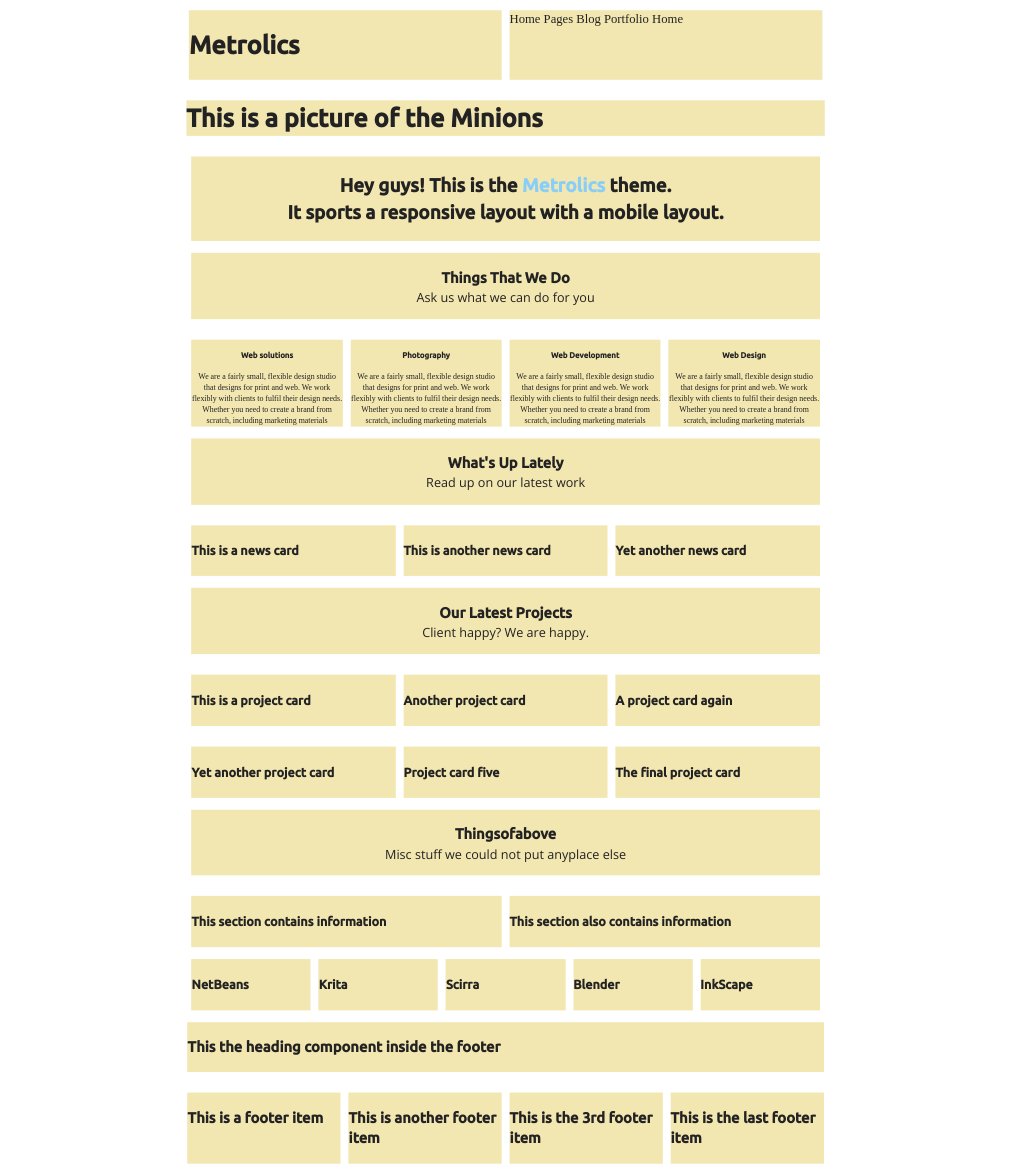
Repository: kennyharman/Marlowe_Kenny_Lab_02B
Page: index.html
An editor plug-in stored every save of this project. The page is shown before and after the next save, followed by the edit.
The browser window is 1280 px wide. The pictures show the whole page, at 79% of full size.

Above is the page before, as saved 2024-02-05 15:04:03.

### index.html
<!doctype html>
<html class="no-js" lang="EN">

<head>
  <meta charset="utf-8">
  <meta name="viewport" content="width=device-width, initial-scale=1">
  <title></title>
  <link rel="stylesheet" href="css/style.css">
  <link href="https://fonts.googleapis.com/css2?family=Open+Sans:ital,wght@0,400;0,700;1,400&family=Ubuntu:ital,wght@0,300;0,500;1,300&display=swap" rel="stylesheet">
  <meta name="description" content="">

  <meta property="og:title" content="Metrolics page">
  <meta property="og:type" content="website">
  <meta property="og:url" content="http://localhost:8888/metrolics/">

  <link rel="icon" href="/favicon.ico" sizes="any">
  <link rel="icon" href="/icon.svg" type="image/svg+xml">
  <link rel="apple-touch-icon" href="icon.png">

  <link rel="manifest" href="site.webmanifest">
  <meta name="theme-color" content="#fafafa">
</head>

<body class="page">
  <script src="js/app.js"></script>

<header class="page__header">
  <div class="row m-col-2 l-col-2 menu">
    <div class="col header__menu-logo">
      <h1>Metrolics</h1>
    </div>
    <div class="col header__menu-nav">
      Home
      Pages
      Blog
      Portfolio
      Home
    </div>
</header>

<main>
  <div class="page__banner">
    <div class="col banner-header">
      <h1>This is a picture of the Minions</h1>
    </div>
  </div>
  <div class="page__section">
    <div class="row header">
      <div class="col header-text">
        <h2>Hey guys! This is the <span class="text__color-change">Metrolics</span> theme.<br/>It sports a responsive layout with a mobile layout.</h2>
      </div>
    </div>
  </div>

  <div class="section-services">
    <div class="row m-col-2 l-col-4">
      <div class="col m-row-span l-row-span heading">
        <h3>Things That We Do</h3>
        <p>Ask us what we can do for you</p>
      </div>
      <div class="col services-card">
        <h4>Web solutions</h4>
        We are a fairly small, flexible design studio that designs for print and web. We work flexibly with clients to fulfil their design needs. Whether you need to create a brand from scratch, including marketing materials
      </div>
      <div class="col services-card">
        <h4>Photography</h4>
        We are a fairly small, flexible design studio that designs for print and web. We work flexibly with clients to fulfil their design needs. Whether you need to create a brand from scratch, including marketing materials
      </div>
      <div class="col services-card">
        <h4>Web Development</h4>
        We are a fairly small, flexible design studio that designs for print and web. We work flexibly with clients to fulfil their design needs. Whether you need to create a brand from scratch, including marketing materials
      </div>
      <div class="col services-card">
        <h4>Web Design</h4>
        We are a fairly small, flexible design studio that designs for print and web. We work flexibly with clients to fulfil their design needs. Whether you need to create a brand from scratch, including marketing materials
      </div>
    </div>
  </div>
    </div>
  </div>

  <div class="section-work">
    <div class="row m-col-2 l-col-3">
      <div class="col m-row-span l-row-span heading">
        <h3>What's Up Lately</h3>
        <p>Read up on our latest work</p>
      </div>
      <div class="col m-row-span image">
        <h4>This is a news card</h4>
      </div>
      <div class="col image">
        <h4>This is another news card</h4>
      </div>
      <div class="col image">
        <h4>Yet another news card</h4>
      </div>
    </div>
  </div>

  <div class="section-projects">
    <div class="row m-col-2 l-col-3">
      <div class="col m-row-span l-row-span heading">
        <h3>Our Latest Projects</h3>
        <p>Client happy? We are happy.</p>
      </div>
      <div class="col image">
        <h4>This is a project card</h4>
      </div>
      <div class="col image">
        <h4>Another project card</h4>
      </div>
      <div class="col image">
        <h4>A project card again</h4>
      </div>
      <div class="col image">
        <h4>Yet another project card</h4>
      </div>
      <div class="col iamge">
        <h4>Project card five</h4>
      </div>
      <div class="col image">
        <h4>The final project card</h4>
      </div>
    </div>
  </div>

  <div class="section-misc">
    <div class="row l-col-2">
      <div class="col l-row-span heading">
        <h3>Thingsofabove</h3>
        <p>Misc stuff we could not put anyplace else</p>
      </div>
      <div class="col misc-content">
        <h4>This section contains information</h4>
      </div>
      <div class="col misc-content">
        <h4>This section also contains information</h4>
      </div>
    </div>
  </div>

  <div class="section-affiliates">
    <div class="row m-col-5 l-col-5">
      <div class="col affiliates-card">
        <h4>NetBeans</h4>
      </div>
      <div class="col affiliates-card">
        <h4>Krita</h4>
      </div>
      <div class="col affiliates-card">
        <h4>Scirra</h4>
      </div>
      <div class="col affiliates-card">
        <h4>Blender</h4>
      </div>
      <div class="col affiliates-card">
        <h4>InkScape</h4>
      </div>
    </div>
  </div>
</main>
<footer class="page__footer">
  <div class="row m-col-2 l-col-4 footer">
    <div class="col m-row-span l-row-span footer-heading">
      <h3>This the heading component inside the footer</h3>
    </div>
    <div class="col footer-item">
      <h3>This is a footer item</h3>
    </div>
    <div class="col footer-item">
      <h3>This is another footer item</h3>
    </div>
    <div class="col footer-item">
      <h3>This is the 3rd footer item</h3>
    </div>
    <div class="col footer-item">
      <h3>
        This is the last footer item
      </h3>
    </div>
  </div>
</footer>
</body>

### css/style.css
/*! HTML5 Boilerplate v9.0.0-RC1 | MIT License | https://html5boilerplate.com/ */

/* main.css 3.0.0 | MIT License | https://github.com/h5bp/main.css#readme */
/*
 * What follows is the result of much research on cross-browser styling.
 * Credit left inline and big thanks to Nicolas Gallagher, Jonathan Neal,
 * Kroc Camen, and the H5BP dev community and team.
 */

/* ==========================================================================
   Base styles: opinionated defaults
   ========================================================================== */

html {
  color: #222;
  font-size: 1em;
  line-height: 1.4;
}

/*
 * Remove text-shadow in selection highlight:
 * https://twitter.com/miketaylr/status/12228805301
 *
 * Customize the background color to match your design.
 */

::-moz-selection {
  background: #b3d4fc;
  text-shadow: none;
}

::selection {
  background: #b3d4fc;
  text-shadow: none;
}

/*
 * A better looking default horizontal rule
 */

hr {
  display: block;
  height: 1px;
  border: 0;
  border-top: 1px solid #ccc;
  margin: 1em 0;
  padding: 0;
}

/*
 * Remove the gap between audio, canvas, iframes,
 * images, videos and the bottom of their containers:
 * https://github.com/h5bp/html5-boilerplate/issues/440
 */

audio,
canvas,
iframe,
img,
svg,
video {
  vertical-align: middle;
}

/*
 * Remove default fieldset styles.
 */

fieldset {
  border: 0;
  margin: 0;
  padding: 0;
}

/*
 * Allow only vertical resizing of textareas.
 */

textarea {
  resize: vertical;
}

/* ==========================================================================
   Author's custom styles
   ========================================================================== */

/* ==========================================================================
   Helper classes
   ========================================================================== */

/*
 * Hide visually and from screen readers
 */

.hidden,
[hidden] {
  display: none !important;
}

/*
 * Hide only visually, but have it available for screen readers:
 * https://snook.ca/archives/html_and_css/hiding-content-for-accessibility
 *
 * 1. For long content, line feeds are not interpreted as spaces and small width
 *    causes content to wrap 1 word per line:
 *    https://medium.com/@jessebeach/beware-smushed-off-screen-accessible-text-5952a4c2cbfe
 */

.visually-hidden {
  border: 0;
  clip: rect(0, 0, 0, 0);
  height: 1px;
  margin: -1px;
  overflow: hidden;
  padding: 0;
  position: absolute;
  white-space: nowrap;
  width: 1px;
  /* 1 */
}

/*
 * Extends the .visually-hidden class to allow the element
 * to be focusable when navigated to via the keyboard:
 * https://www.drupal.org/node/897638
 */

.visually-hidden.focusable:active,
.visually-hidden.focusable:focus {
  clip: auto;
  height: auto;
  margin: 0;
  overflow: visible;
  position: static;
  white-space: inherit;
  width: auto;
}

/*
 * Hide visually and from screen readers, but maintain layout
 */

.invisible {
  visibility: hidden;
}

/*
 * Clearfix: contain floats
 *
 * The use of `table` rather than `block` is only necessary if using
 * `::before` to contain the top-margins of child elements.
 */

.clearfix::before,
.clearfix::after {
  content: "";
  display: table;
}

.clearfix::after {
  clear: both;
}

/* ==========================================================================
   EXAMPLE Media Queries for Responsive Design.
   These examples override the primary ('mobile first') styles.
   Modify as content requires.
   ========================================================================== */

@media only screen and (min-width: 35em) {
  /* Style adjustments for viewports that meet the condition */
}

@media print,
  (-webkit-min-device-pixel-ratio: 1.25),
  (min-resolution: 1.25dppx),
  (min-resolution: 120dpi) {
  /* Style adjustments for high resolution devices */
}

/* ==========================================================================
   Print styles.
   Inlined to avoid the additional HTTP request:
   https://www.phpied.com/delay-loading-your-print-css/
   ========================================================================== */

@media print {
  *,
  *::before,
  *::after {
    background: #fff !important;
    color: #000 !important;
    /* Black prints faster */
    box-shadow: none !important;
    text-shadow: none !important;
  }

  a,
  a:visited {
    text-decoration: underline;
  }

  a[href]::after {
    content: " (" attr(href) ")";
  }

  abbr[title]::after {
    content: " (" attr(title) ")";
  }

  /*
   * Don't show links that are fragment identifiers,
   * or use the `javascript:` pseudo protocol
   */
  a[href^="#"]::after,
  a[href^="javascript:"]::after {
    content: "";
  }

  pre {
    white-space: pre-wrap !important;
  }

  pre,
  blockquote {
    border: 1px solid #999;
    page-break-inside: avoid;
  }

  tr,
  img {
    page-break-inside: avoid;
  }

  p,
  h2,
  h3 {
    orphans: 3;
    widows: 3;
  }

  h2,
  h3 {
    page-break-after: avoid;
  }
}

/* Our Styling */
div,
main,
section,
footer,
header {
  margin: 5px;
}

h1,
h2,
h3,
h4,
h5,
h6 {
    font-family: 'Ubuntu', sans-serif;
}

p {
    font-family: 'Open Sans', sans-serif;
}

.row {
  display: grid;
  row-gap: 1rem;
}

.col {
  position: relative;
  background-color: rgb(242, 230, 177);
}

.page__header,
.banner-header,
.page__section,
.section-services,
.section-work,
.section-projects,
.section-misc,
.section-affiliates,
.footer {
  margin: auto;
  width: 65%;
}

.heading {
  display: flex;
  flex-direction: column;
  align-items: center;
  padding: 0 auto;
}

.heading > h3 {
  margin-bottom: 0;
}

.heading > p {
  margin-top: 0;
}

.header-text {
  text-align: center;
}

.text__color-change {
  color: lightskyblue;
}

.services-card {
  display: flex;
  flex-direction: column;
  align-items: center;
  text-align: center;
  font-size: 10px;
}

/* Small only */
@media screen and (max-width: 39.9375em) {
  .header__menu-nav {
    display: none;
  }
  .banner {
    display: none;
  }
  .affiliates {
    display: none;
  }
  .misc {
    display: none;
  }
}

/* Medium only */
@media screen and (min-width: 40em) and
(max-width: 63.9375em) {
  .row {
    max-width: 70rem;
    column-gap: 1.5rem;
    row-gap: 1.5rem;
    margin: 0 auto;
  }
  .m-col-2 {
    grid-template-columns: 1fr 1fr;
  }
  .m-col-3 {
    grid-template-columns: repeat(3, 1fr);
  }
  .m-col-4 {
    grid-template-columns: repeat(4, 1fr);
  }
  .m-col-5 {
    grid-template-columns: repeat(5, 1fr);
  }

  .m-row-span {
    grid-column-start: 1;
    grid-column-end: -1;
  }
}

/* Large only */
@media screen and (min-width: 64em) {
  .l-col-2 {
    grid-template-columns: 1fr 1fr;
  }
  .l-col-3 {
    grid-template-columns: repeat(3, 1fr);
  }
  .l-col-4 {
    grid-template-columns: repeat(4, 1fr);
  }
  .l-col-5 {
    grid-template-columns: repeat(5, 1fr);
  }

  .l-row-span {
    grid-column-start: 1;
    grid-column-end: -1;
  }
}

Loaded but not shown: js/app.js (no stored copy; drawn as an empty file)

After the next save:
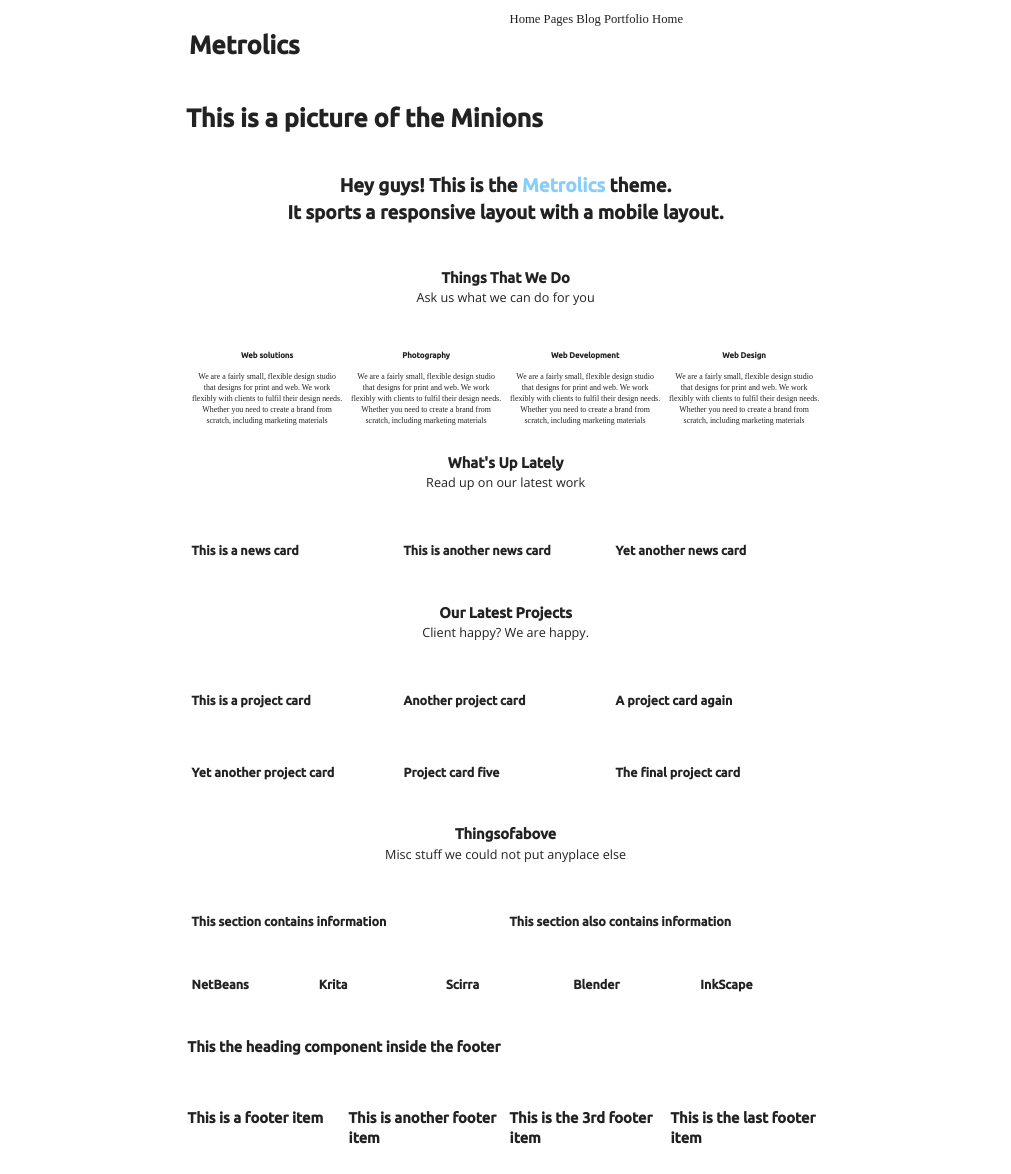
Saved 17 s later.
--- a/css/style.css
+++ b/css/style.css
@@ -274,7 +274,6 @@ p {
 
 .col {
   position: relative;
-  background-color: rgb(242, 230, 177);
 }
 
 .page__header,
